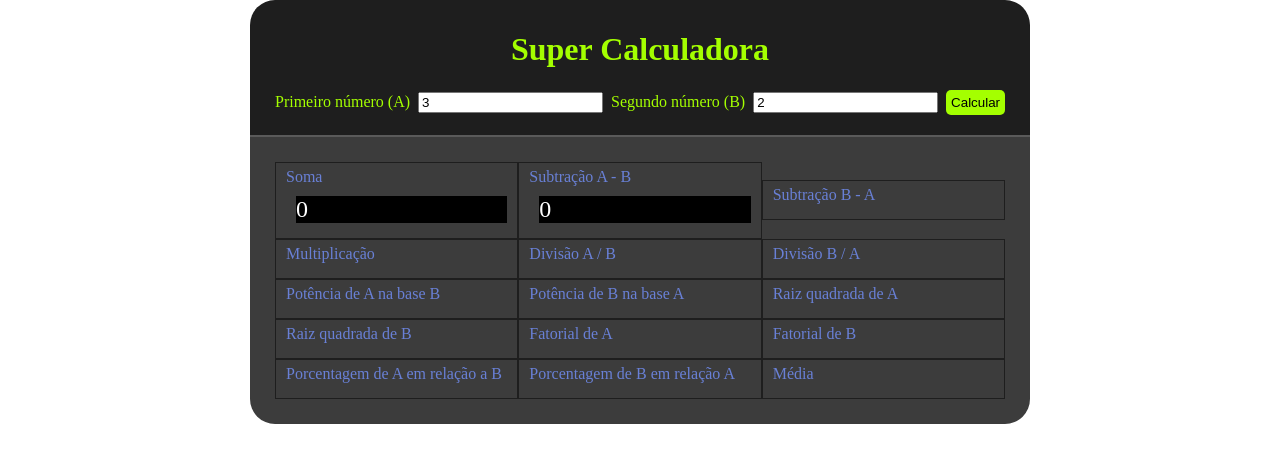
Repository: rrresck/supercalc-xpe
Page: index.html
An editor plug-in stored every save of this project. The page is shown before and after the next save, followed by the edit.
The browser window is 1280 px wide. The pictures show the whole page.

Above is the page before, as saved 2023-02-10 20:34:56.
Console error: TypeError: Cannot set properties of null (setting 'innerHTML')

After the next save:
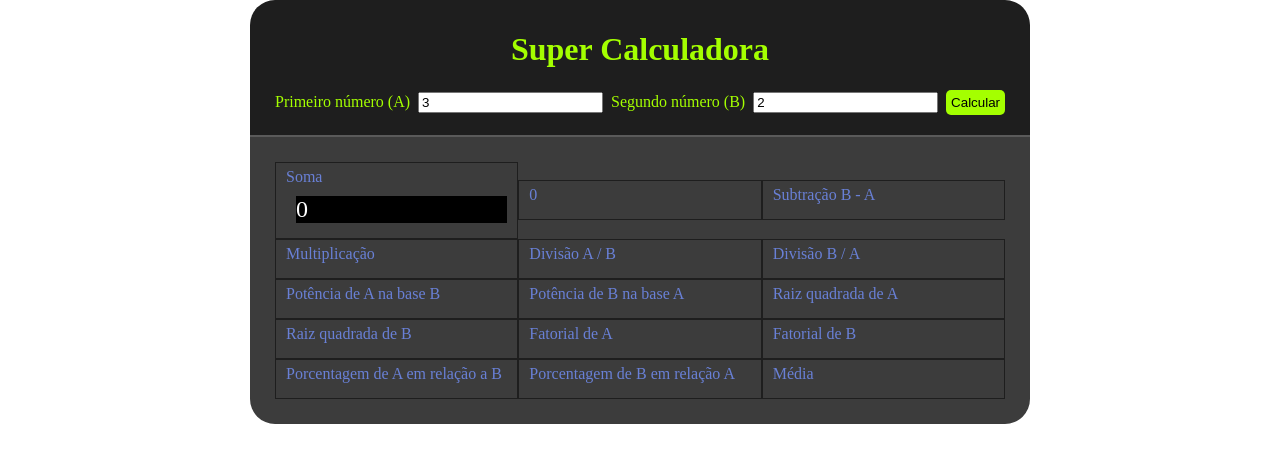
Saved 94 s later.
--- a/index.html
+++ b/index.html
@@ -25,35 +25,35 @@
                 <p class="result" id="sum"></p>
             </div>
             <div class="calculus">
-                <p id="minusLabel">Subtração A - B</p>
+                <p id="minusA">Subtração A - B</p>
                 <p class="result" id="minusA"></p>
             </div>
             <div class="calculus">
-                <p id="minusLabel">Subtração B - A</p>
+                <p id="minusB">Subtração B - A</p>
                 <p class="result" id="minusB"></p>
             </div>
         </div>
         <div class="flex">
             <div class="calculus">
-                <p id="multiplicationLabel">Multiplicação</p>
+                <p id="multiplication">Multiplicação</p>
                 <p class="result" id="multiplication"></p>
             </div>
             <div class="calculus">
-                <p id="divisionLabel">Divisão A / B</p>
+                <p id="divisionA">Divisão A / B</p>
                 <p class="result" id="divisionA"></p>
             </div>
             <div class="calculus">
-                <p id="divisionLabel">Divisão B / A</p>
+                <p id="divisionB">Divisão B / A</p>
                 <p class="result" id="divisionB"></p>
             </div>
         </div>
         <div class="flex">
             <div class="calculus">
-                <p id="powerLabel">Potência de A na base B</p>
+                <p id="powerA">Potência de A na base B</p>
                 <p class="result" id="powerA"></p>
             </div>
             <div class="calculus">
-                <p id="powerLabel">Potência de B na base A</p>
+                <p id="powerB">Potência de B na base A</p>
                 <p class="result" id="powerB"></p>
             </div>
             <div class="calculus">
@@ -63,11 +63,11 @@
         </div>
         <div class="flex">
             <div class="calculus">
-                <p id="squareRootBLabel">Raiz quadrada de B</p>
-                <p class="result" id="squareRootB"></p>
+                <p id="squareB">Raiz quadrada de B</p>
+                <p class="result" id="squareB"></p>
             </div>
             <div class="calculus">
-                <p id="factorialBLabel">Fatorial de A</p>
+                <p id="factorialA">Fatorial de A</p>
                 <p class="result" id="factorialA"></p>
             </div>
             <div class="calculus">
@@ -77,11 +77,11 @@
         </div>
         <div class="flex">
             <div class="calculus">
-                <p id="percentageLabel">Porcentagem de A em relação a B</p>
+                <p id="percentage">Porcentagem de A em relação a B</p>
                 <p class="result" id="percentageA"></p>
             </div>
             <div class="calculus">
-                <p id="percentageLabel">Porcentagem de B em relação A</p>
+                <p id="percentage">Porcentagem de B em relação A</p>
                 <p class="result" id="percentageB"></p>
             </div>
             <div class="calculus">
